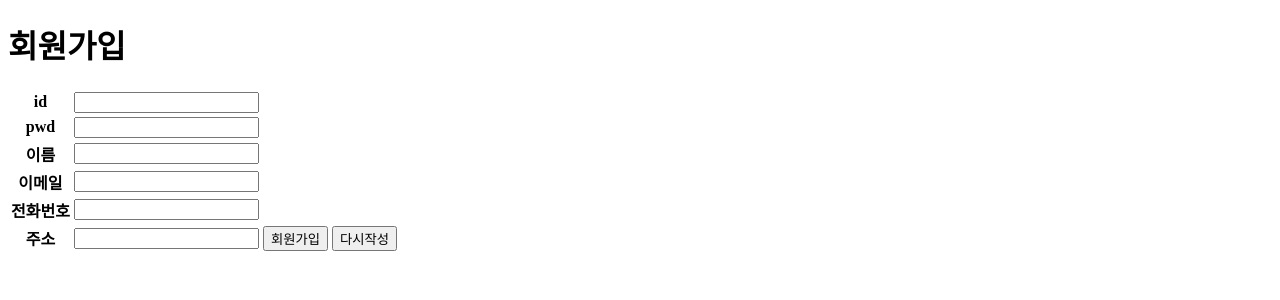
Repository: sdfg6213/clonecoding
Page: http://localhost/myweb2/member/join.jsp
The author's editor kept a copy of each file at every save. The page is drawn from the files as they stood at one save, then again after the next save.
The browser window is 1280 px wide. The pictures show the whole page.
The page is served by Tomcat 9. Other server files are loaded and not shown.

Above is the page before, as saved 2025-04-29 06:55:36.

### myweb2/src/main/webapp/member/join.jsp
<%@ page language="java" contentType="text/html; charset=UTF-8"
    pageEncoding="UTF-8"%>
<!DOCTYPE html>
<html>
<head>
<meta charset="UTF-8">
<title>Insert title here</title>
</head>
<body>
<h1>회원가입</h1>
<table>
	<tr>
		<th>id
		<td><input type="text" name="id">
	<tr>
		<th>pwd
		<td><input type="password" name="pwd">
	<tr>
		<th>이름
		<td><input type="text" name="name">
	<tr>
		<th>이메일
		<td><input type="text" name="email">
	<tr>
		<th>전화번호
		<td><input type="text" name="tel">
	<tr>
		<th>주소
		<td><input type="text" name="addr">

		<td colspan="2" align="right"><input type="submit" value="회원가입">
		<input type="reset" value="다시작성">
</table>
</body>
</html>

After the next save:
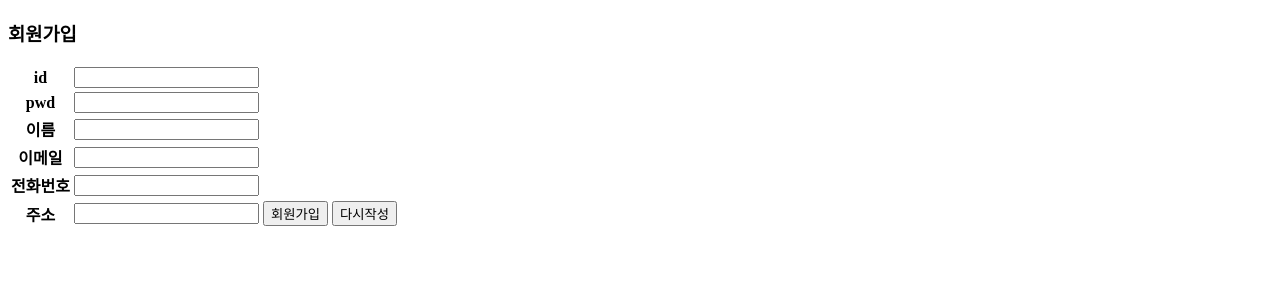
Saved 26 s later.
--- a/myweb2/src/main/webapp/member/join.jsp
+++ b/myweb2/src/main/webapp/member/join.jsp
@@ -7,29 +7,36 @@
 <title>Insert title here</title>
 </head>
 <body>
-<h1>회원가입</h1>
-<table>
-	<tr>
-		<th>id
-		<td><input type="text" name="id">
-	<tr>
-		<th>pwd
-		<td><input type="password" name="pwd">
-	<tr>
-		<th>이름
-		<td><input type="text" name="name">
-	<tr>
-		<th>이메일
-		<td><input type="text" name="email">
-	<tr>
-		<th>전화번호
-		<td><input type="text" name="tel">
-	<tr>
-		<th>주소
-		<td><input type="text" name="addr">
+<section>
+	<article>
+		<h1>회원가입</h1>
+		<form action="memberJoin.yong" method="post">
 
-		<td colspan="2" align="right"><input type="submit" value="회원가입">
-		<input type="reset" value="다시작성">
-</table>
+			<table>
+				<tr>
+					<th>id
+					<td><input type="text" name="id">
+				<tr>
+					<th>pwd
+					<td><input type="password" name="pwd">
+				<tr>
+					<th>이름
+					<td><input type="text" name="name">
+				<tr>
+					<th>이메일
+					<td><input type="text" name="email">
+				<tr>
+					<th>전화번호
+					<td><input type="text" name="tel">
+				<tr>
+					<th>주소
+					<td><input type="text" name="addr">
+
+					<td colspan="2" align="right"><input type="submit" value="회원가입">
+					<input type="reset" value="다시작성">
+			</table>
+		</form>
+	</article>
+</section>
 </body>
 </html>
